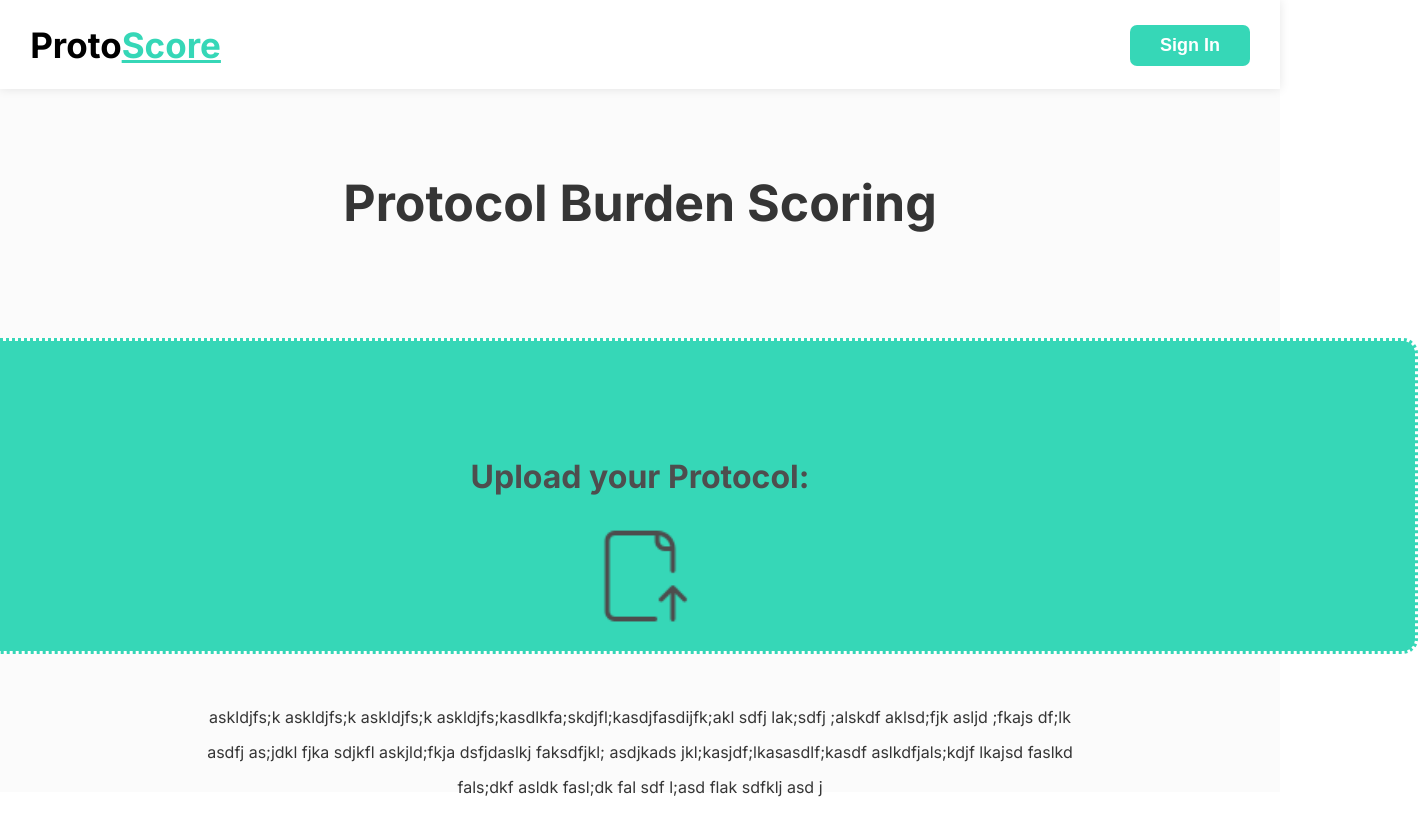
Repository: evanc108/Regeneron2024
Page: / (app in regeneron/)
An editor plug-in stored every save of this project. The page is shown before and after the next save, followed by the edit.
The browser window is 1280 px wide. The page is 1418 px wide, so the pictures cover 1418 px, including what lies to the right of the window. The pictures show the whole page.
The project was rebuilt for these pictures with package versions that can differ from the ones it lists, and the page was loaded fresh each time.

Above is the page before, as saved 2024-05-14 03:20:42.

After the next save:
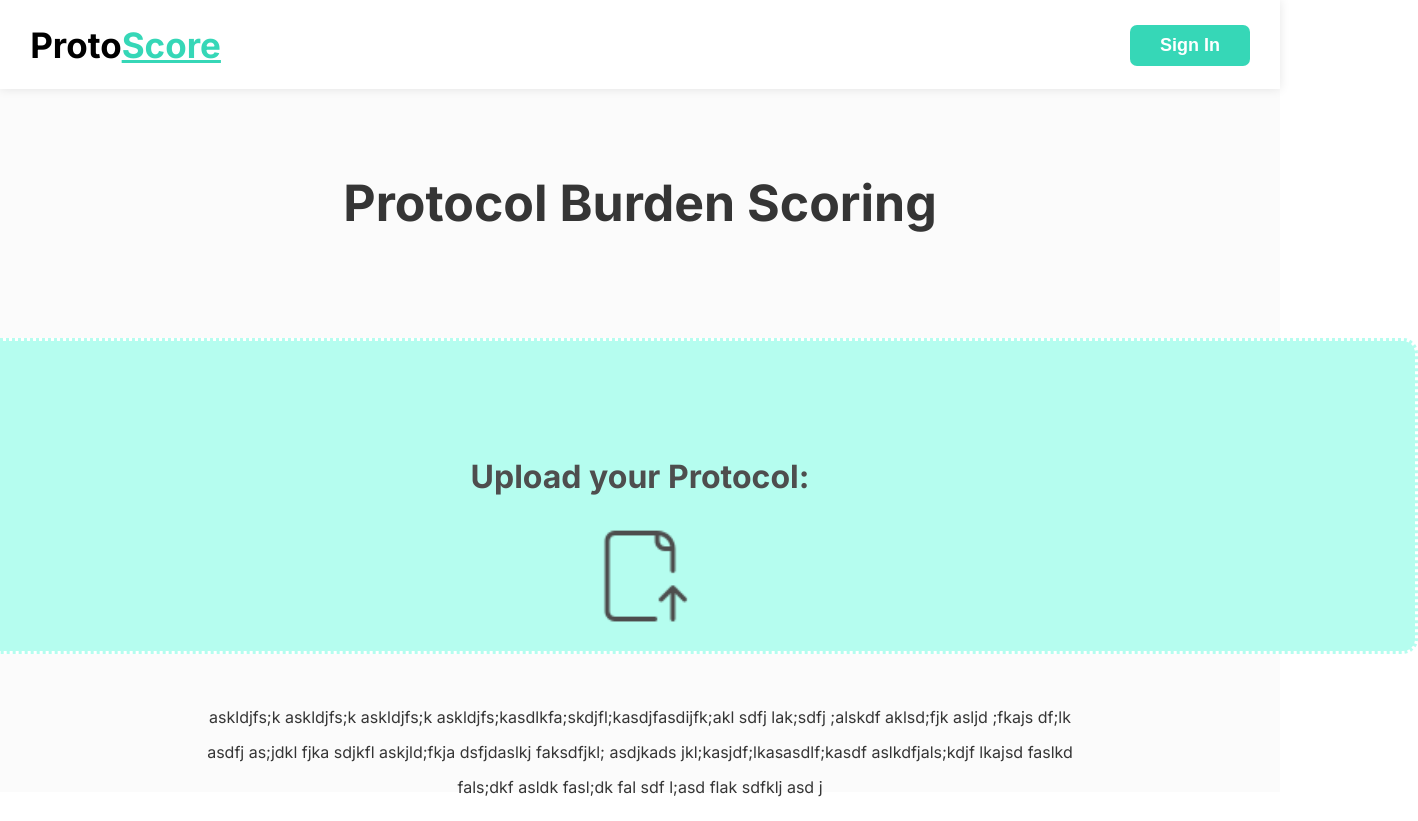
Saved 10 s later.
--- a/regeneron/src/styles/feedback.css
+++ b/regeneron/src/styles/feedback.css
@@ -28,7 +28,7 @@
     margin-bottom: 30px;
     border-radius: 15px;
     background-color:
-    #36d7b7;
+    #b5fdef;
     overflow: hidden;
     padding-top: 10.5%;
     cursor: pointer;
